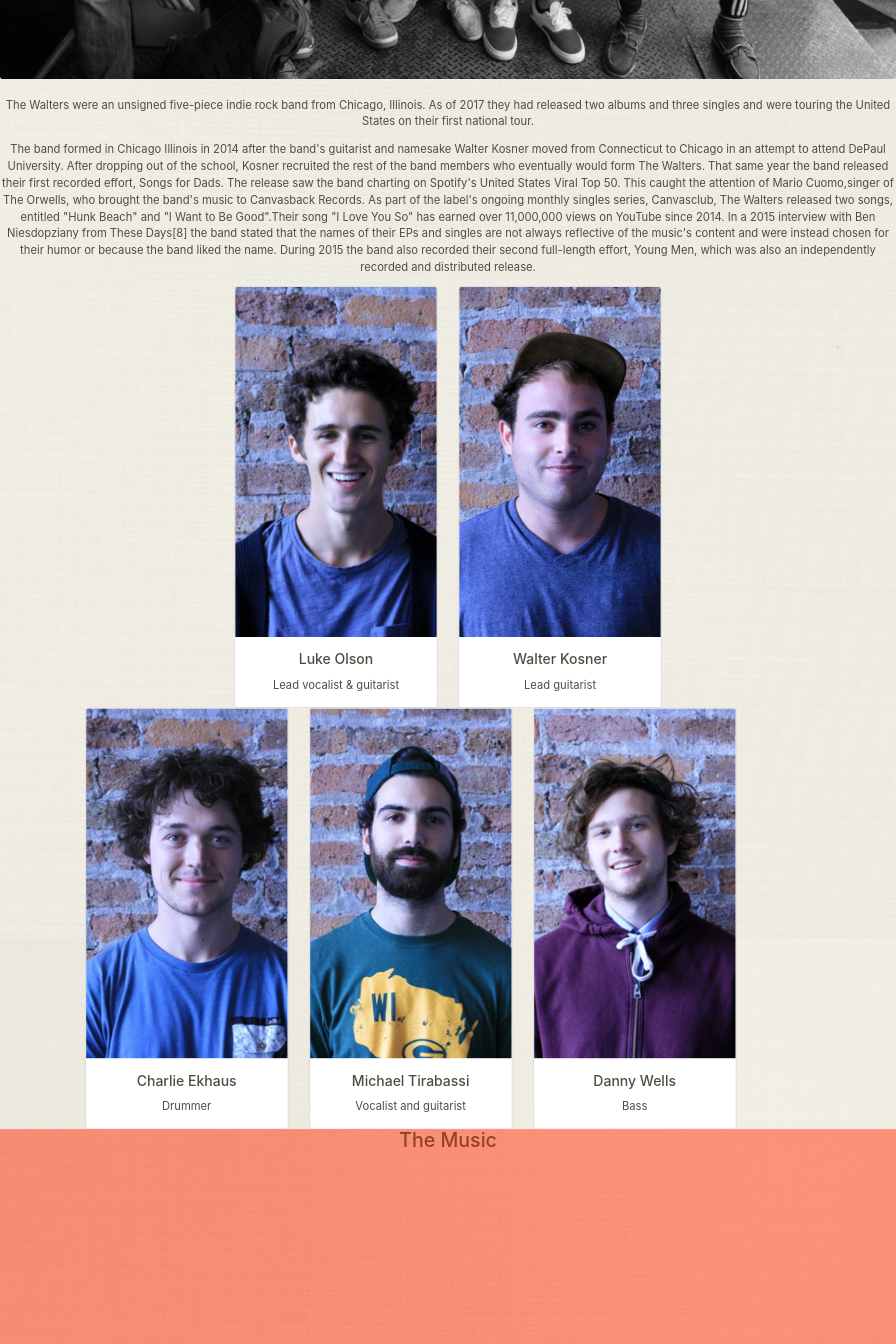
Repository: yucheng91/CIassignment1
Page: index.html
The author's editor kept a record of every edit. The page is drawn from the files as they stood at one moment, then again after the next edit.
The browser window is 1280 px wide. The pictures show the part of the page from y = 1660 to 3580 px (the page is 4486 px tall), at 70% of full size.
Pictures or frames that could not be fetched are drawn as grey boxes.

Above is the page before.

After the next edit:
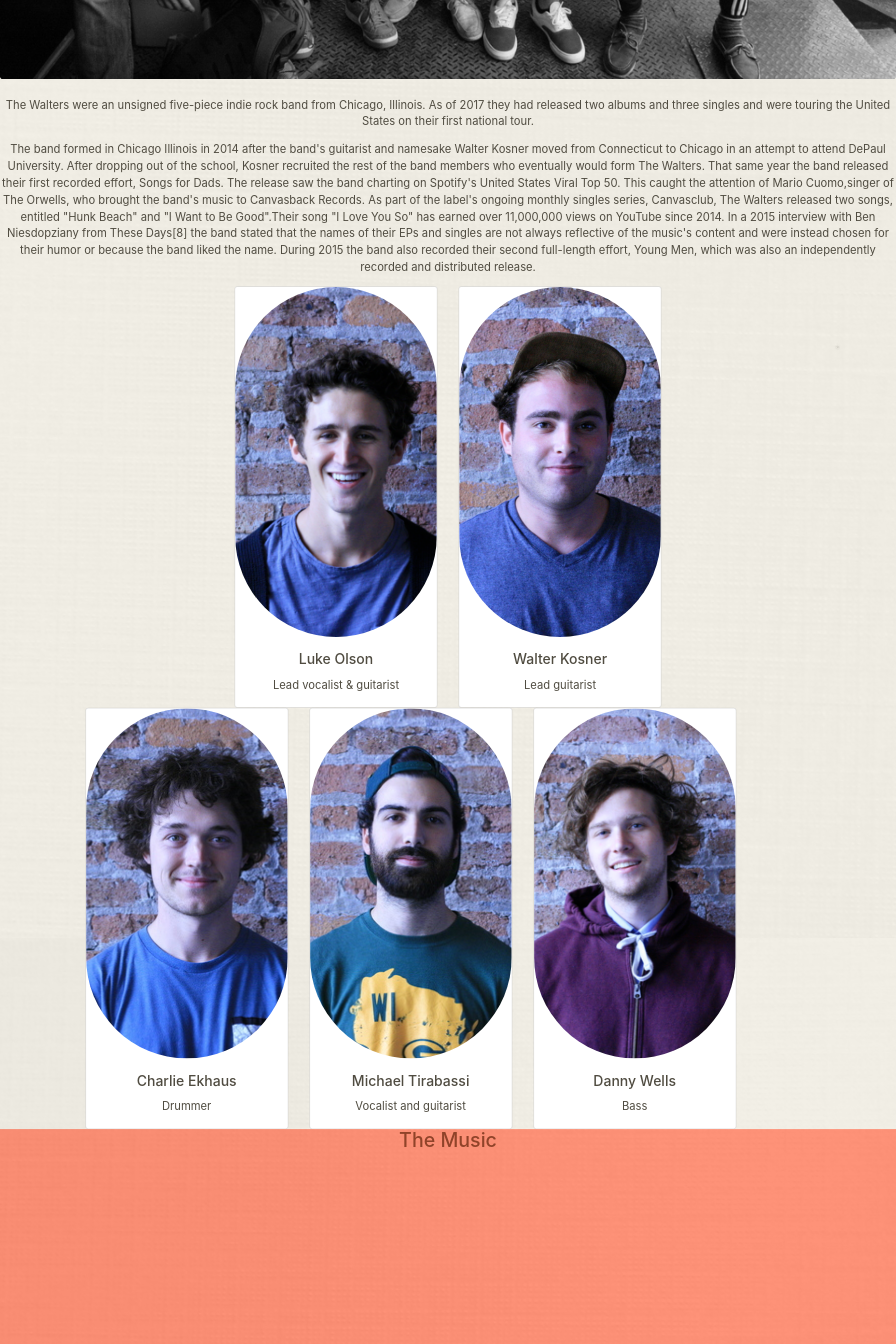
The edit:
--- a/newstyle.css
+++ b/newstyle.css
@@ -76,6 +76,10 @@
     color:rgb(80,76,65)
 }
 
+#themembers img{
+    border-radius: 300px;
+}
+
 #themusic{
     background-color:#ff7858CC;
     color:rgb(144,67,41);
